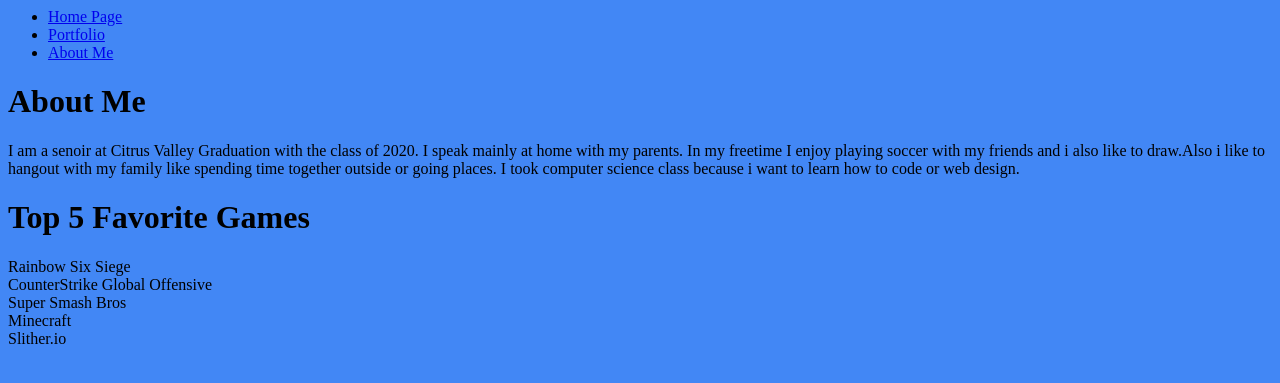
Repository: KevinBach02/KevinBach02.github.io
Page: about.html
The author's editor kept a record of every edit. The page is drawn from the files as they stood at one moment, then again after the next edit.
The browser window is 1280 px wide. The pictures show the whole page.

Above is the page before.

### about.html
<html>
    <head>
       <title>About Me</title>
       <link rel="stylesheet" href="./styles/style.css">


    <body>
        <ul>
          <li><a href="index.html">Home Page</a></li>
          <li><a href="portfolio.html">Portfolio</a></li>
          <li><a href="about.html">About Me</a></li>
        </ul>
     <h1>About Me</h1>
    <p>I am a senoir at Citrus Valley Graduation with the class of 2020. I speak
    mainly at home with my parents. In my freetime I enjoy playing soccer with my
    friends and i also like to draw.Also i like to hangout with my family like
    spending time together outside or going places. I took computer science class because i want
    to learn how to code or web design.</p>

    <h1>Top 5 Favorite Games</h1
       <ol>
       <li>Rainbow Six Siege</li>
       <li>CounterStrike Global Offensive</li>
       <li>Super Smash Bros</li>
       <li>Minecraft</li>
       <li>Slither.io</li>
       </ol>



    </body>

</html>

### styles/style.css
body{
    background-color:#4287f5;
    list-style:none;

}

After the next edit:
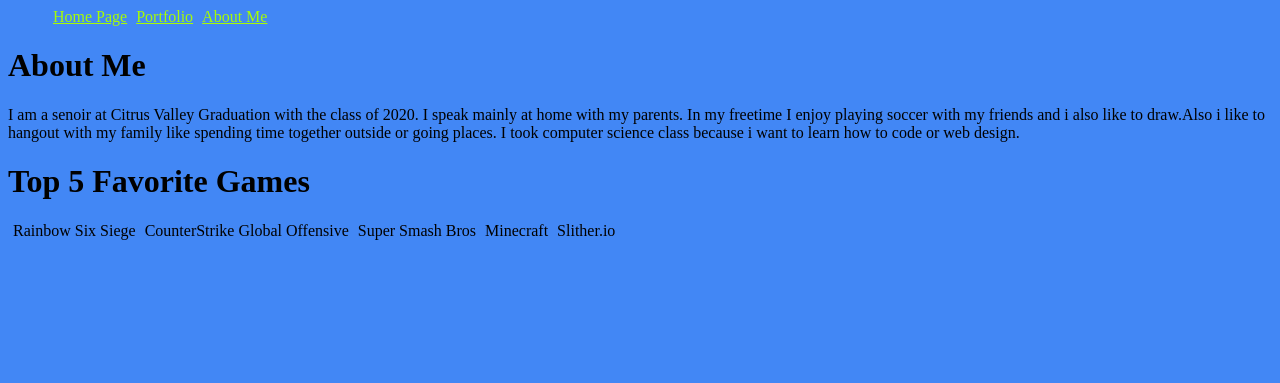
The edit:
--- a/styles/style.css
+++ b/styles/style.css
@@ -3,3 +3,13 @@
     list-style:none;
 
 }
+
+a{
+    color:#a6fc05;
+    text-decoration:none:
+}
+
+li{
+    display:inline;
+    padding-left:5px;
+}
